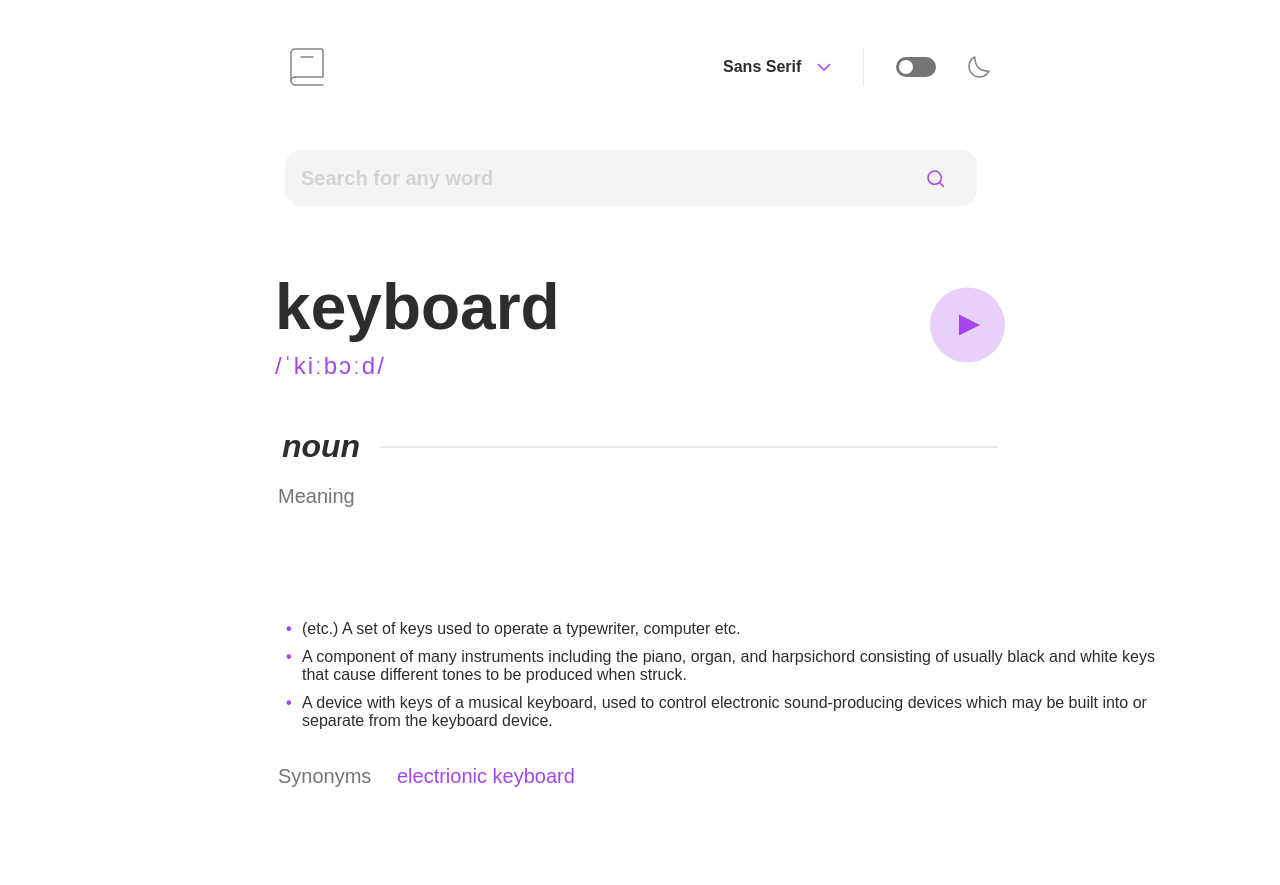
Repository: Arkitecth/dictionary-app
Page: index.html
These files come from the project's save history. The page is drawn as it stood at one moment and after the next save; the edit follows.
The browser window is 1280 px wide. The pictures show the whole page.

Above is the page before, as saved 2023-07-20 17:25:01.

After the next save:
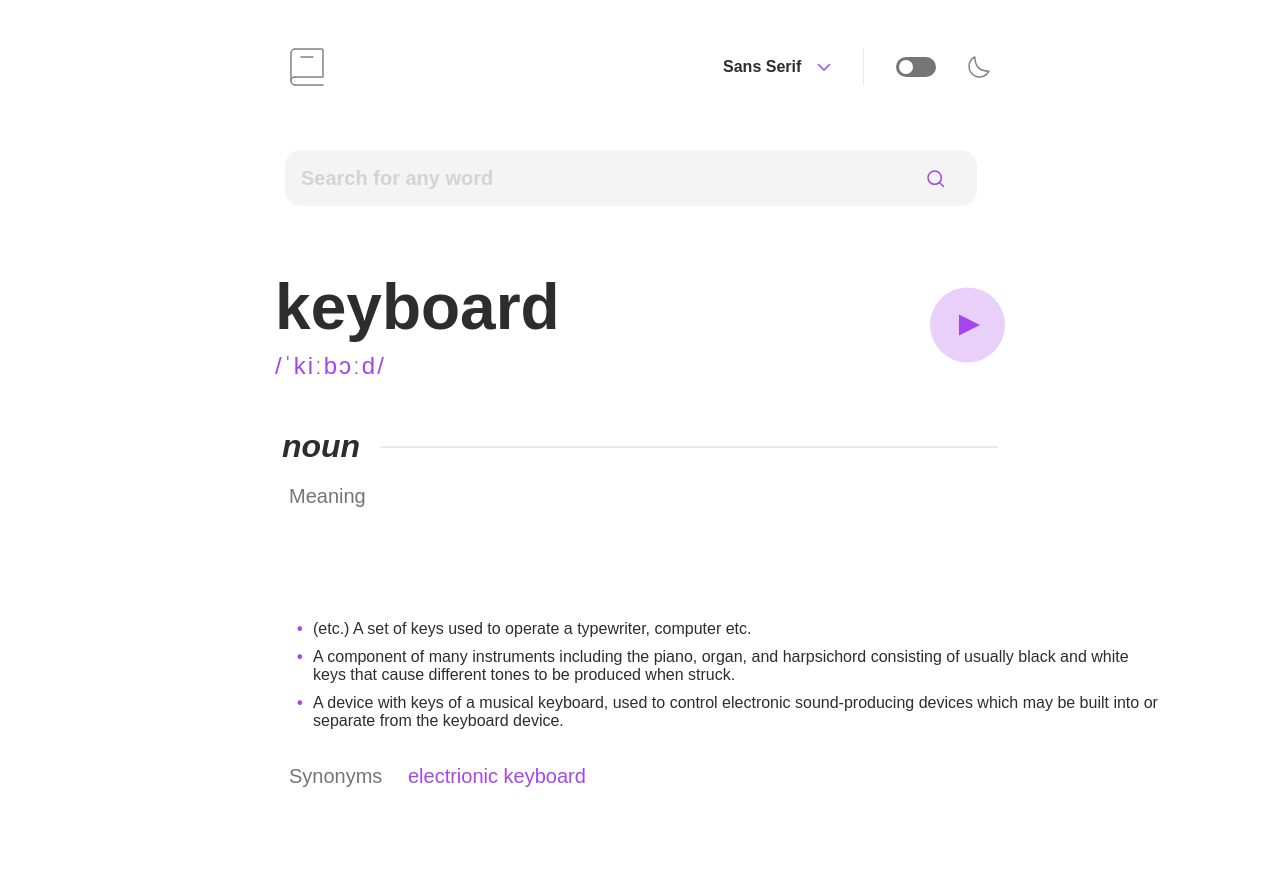
Saved 11 s later.
--- a/styles.css
+++ b/styles.css
@@ -217,7 +217,7 @@
     display: grid;
     grid-template-rows: 1fr 1fr 1fr;
     justify-items: start;
-    margin-left: 17%;
+    margin-left: 18%;
 }
 
 
